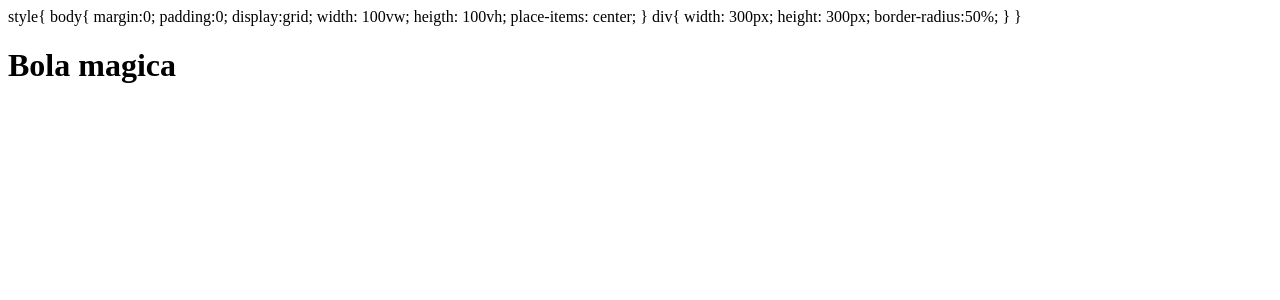
Repository: Kevin8548/FundamentosJS
Page: index.html
An editor plug-in stored every save of this project. The page is shown before and after the next save, followed by the edit.
The browser window is 1280 px wide. The pictures show the whole page.

Above is the page before, as saved 2024-09-20 09:33:44.

After the next save:
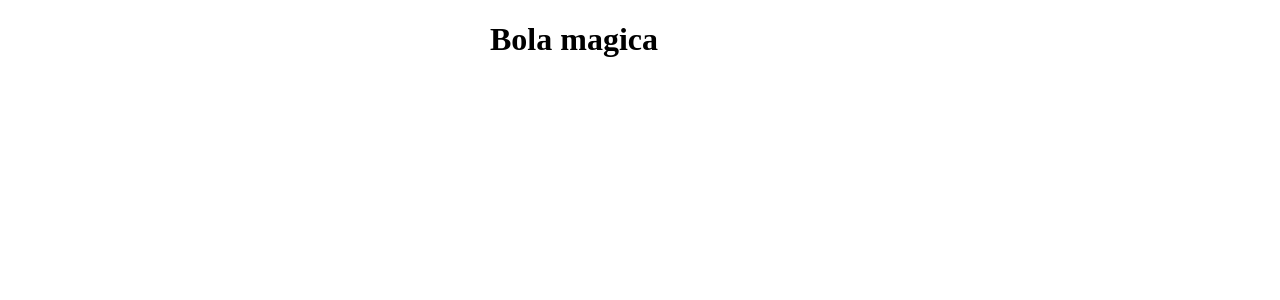
Saved 54 s later.
--- a/index.html
+++ b/index.html
@@ -4,7 +4,7 @@
     <meta charset="UTF-8">
     <meta name="viewport" content="width=device-width, initial-scale=1.0">
     <title>Fundamentos JavaScript</title>
-    style{
+    <style>
         body{
             margin:0;
             padding:0;
@@ -18,7 +18,7 @@
             height: 300px;
             border-radius:50%;
         }
-    }
+    </style>
 </head>
 <body>
     <div>
